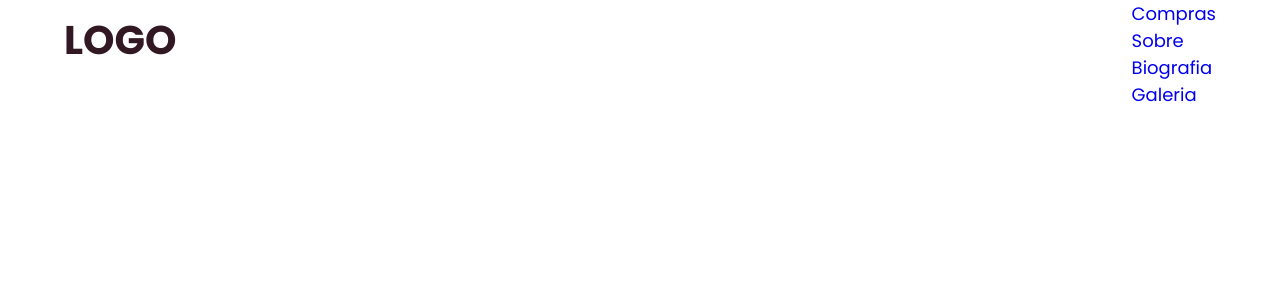
Repository: Matheus904-12/Teste
Page: teste.html
The author's editor kept a copy of each file at every save. The page is drawn from the files as they stood at one save, then again after a run of saves.
The browser window is 1280 px wide. The pictures show the whole page.

Above is the page before, as saved 2023-11-01 10:06:00.

### teste.html
<!DOCTYPE html>
<html lang="en">
<head>
    <meta charset="UTF-8">
    <meta name="viewport" content="width=device-width, initial-scale=1.0">
    <title>Document</title>
    <link rel="stylesheet" href="css.css">
</head>
<body>
    <header>
        <div class="logo">
            Logo
        </div>
        <nav>
            <ul class="menu">
                <li><a href="#">Início</a></li>
                <li><a href="#">Compras</a></li>
                <li><a href="#">Sobre</a></li>
                <li><a href="#">Biografia</a></li>
                <li><a href="#">Galeria</a></li>
            </ul>
            <i class="fa-solid fa-bars" id="toggle"></i>
        </nav>
    </header>
</body>
</html>

### css.css
@import url('https://fonts.googleapis.com/css?family=Poppins:ital,wght@0,100;0,200;0,300;0,400;0,500;0,600;0,700;0,800;0,900;1,100;1,200;1,300;1,400;1,500;1,600;1,700;1,800;1,900&display=swap');

*{
    margin: 0;
    padding: 0;
    box-sizing: border-box;
    list-style: none;
    text-decoration: none;
    font-family: "Poppins", sans-serif;
}

body {
    min-height: 100vh;
    min-width: 400px;
    overflow: hidden;
}

header {
    display: flex;
    align-items: center;
    justify-content: flex-end;
    width: 100%;
    height: 80px;
    padding: 0 5%;
    color: #311822;
    font-size: 18px;
}

header .logo {
    color:#311822;
    font-size: 2.5rem;
    font-weight: 700;
    text-transform: uppercase;
    margin-right: auto;
}

header nav {
    display: flex;
    align-items: center;
}

header nav .menu

After the next 4 saves:
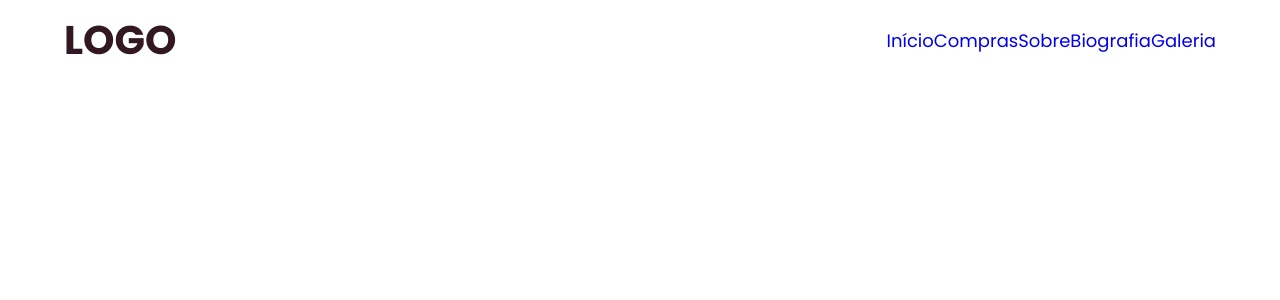
The 4 saves are shown as one change because they came seconds apart.
The last was saved 13 s later.
--- a/css.css
+++ b/css.css
@@ -39,4 +39,6 @@ header nav {
     align-items: center;
 }
 
-header nav .menu
+header nav .menu {
+    display: flex;
+}
